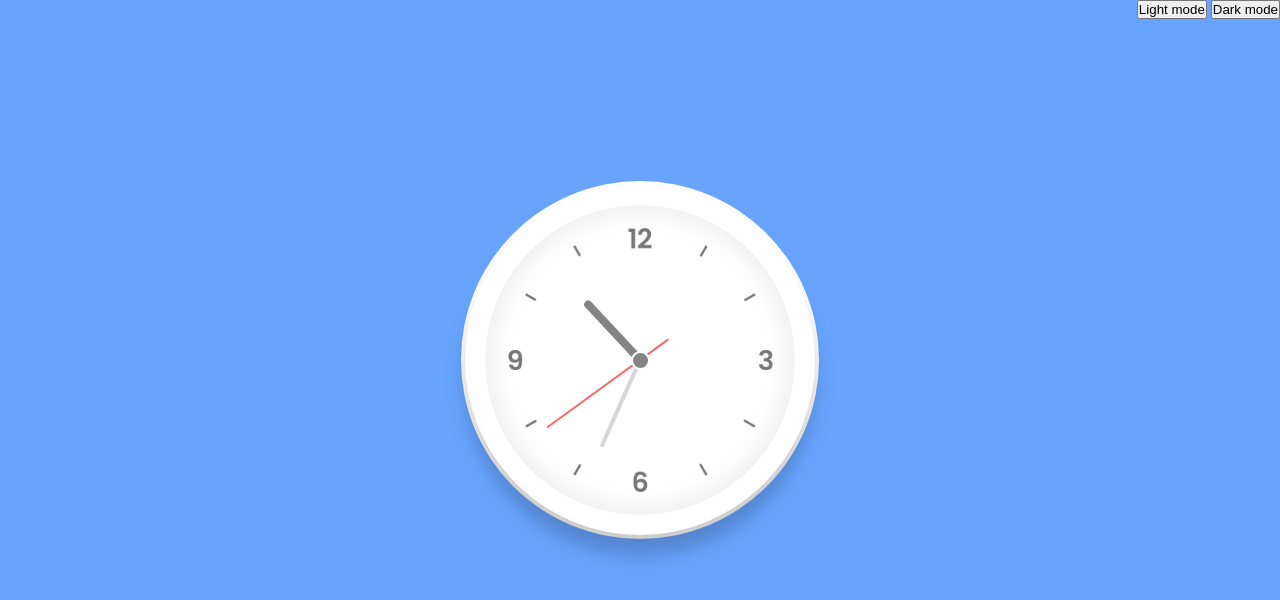
Repository: DaNiels89/analog-clock
Page: index.html
An editor plug-in stored every save of this project. The page is shown before and after the next save, followed by the edit.
The browser window is 1280 px wide. The pictures show the whole page.

Above is the page before, as saved 2020-06-20 12:22:02.

### index.html
<!DOCTYPE html>
<html lang="en">

<head>
    <meta charset="UTF-8">
    <meta name="viewport" content="width=device-width, initial-scale=1.0">
    <title>Analog Clock</title>
    <link rel="stylesheet" id="stylesheet" href="css/lightmode.css">
    <!-- <link rel="stylesheet" href="css/darkmode.css"> -->
</head>

<body>
    <div class="toggle-mode">
        <button class="stylesheet light-mode" onclick="lightMode()">Light mode</button>
        <button class="stylesheet dark-mode hidden" onclick="darkMode()">Dark mode</button>
    </div>
    <div class="clock">
        <div class="hour">
            <div class="hr" id="hr"></div>
        </div>
        <div class="min">
            <div class="mn" id="mn"></div>
        </div>
        <div class="sec">
            <div class="sc" id="sc"></div>
        </div>
    </div>

    <script src="js/main.js"></script>
</body>

</html>

### css/lightmode.css
* {
    margin: 0;
    padding: 0;
    box-sizing: border-box;
  }

  body {
    display: flex;
    justify-content: center;
    align-items: center;
    min-height: 100vh;
    background: #68a4ff
  }

  .toggle-mode {
    position: absolute;
    right: 0;
    top: 0;
  }

  .clock {
    width: 350px;
    height: 350px;
    display: flex;
    justify-content: center;
    align-items: center;
    background: #fff url(../img/clock.png);
    background-size: cover;
    border-radius: 50%;
    border: 20px solid #fff;
    box-shadow: inset 0 0 30px rgba(0,0,0,.1),
                0 20px 20px rgba(0,0,0,.2),
                0 0 0 4px rgba(255,255,255,1);
  }

  .clock::before {
    content: "";
    position: absolute;
    width: 15px;
    height: 15px;
    background: #848484;
    border: 2px solid #fff;
    border-radius: 50%;
    z-index: 10000;
  }

  .clock .hour,
  .clock .min,
  .clock .sec {
    position: absolute;
  }

  .clock .hour, .hr {
    width: 160px;
    height: 160px;
  }

  .clock .min, .mn {
    width: 190px;
    height: 190px;
  }

  .clock .sec, .sc {
    width: 230px;
    height: 230px;
  }

  .hr, .mn, .sc {
    display: flex;
    justify-content: center;
    position: absolute;
    border-radius: 50%;;
  }

  .hr::before {
    content: "";
    position: absolute;
    width: 8px;
    height: 80px;
    background: #848484;
    z-index: 10;
    border-radius: 6px 6px 0 0;
  }

  .mn::before {
    content: "";
    position: absolute;
    width: 4px;
    height: 90px;
    background: #d6d6d6;
    z-index: 11;
    border-radius: 6px 6px 0 0;
  }

  .sc::before {
    content: "";
    position: absolute;
    width: 2px;
    height: 150px;
    background: #ff6767;
    z-index: 12;
    border-radius: 6px 6px 0 0;
  }

### js/main.js
const deg = 6
const hr = document.querySelector("#hr")
const mn = document.querySelector("#mn")
const sc = document.querySelector("#sc")

setInterval(() => {
    let day = new Date()
    let hh = day.getHours() * 30
    let mm = day.getMinutes() * deg
    let ss = day.getSeconds() * deg

    hr.style.transform = `rotateZ(${(hh) + (mm / 12)}deg)`
    mn.style.transform = `rotateZ(${(mm)}deg)`
    sc.style.transform = `rotateZ(${(ss)}deg)`
})

function lightMode() {
    document.getElementById("stylesheet").setAttribute('href', 'css/lightmode.css');
}

function darkMode() {
    document.getElementById("stylesheet").setAttribute('href', 'css/darkmode.css');
}

After the next save:
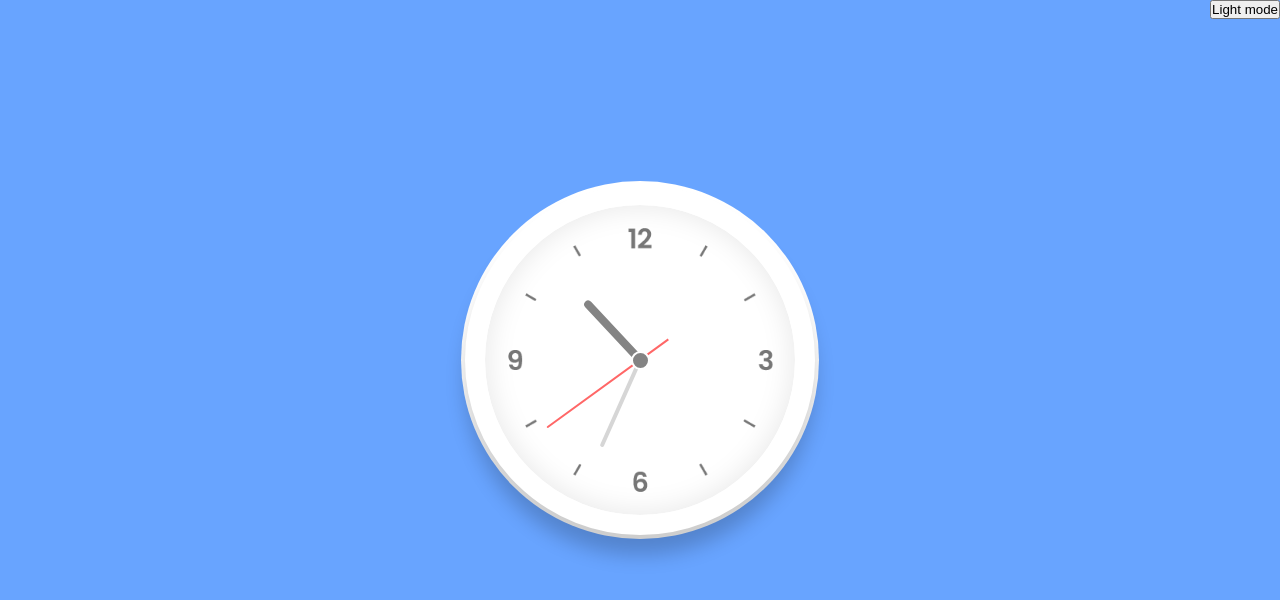
Saved 37 s later.
--- a/css/lightmode.css
+++ b/css/lightmode.css
@@ -10,6 +10,10 @@
     align-items: center;
     min-height: 100vh;
     background: #68a4ff
+  }
+
+  .stylesheet.hidden {
+    display: none;
   }
 
   .toggle-mode {

After the save that followed:
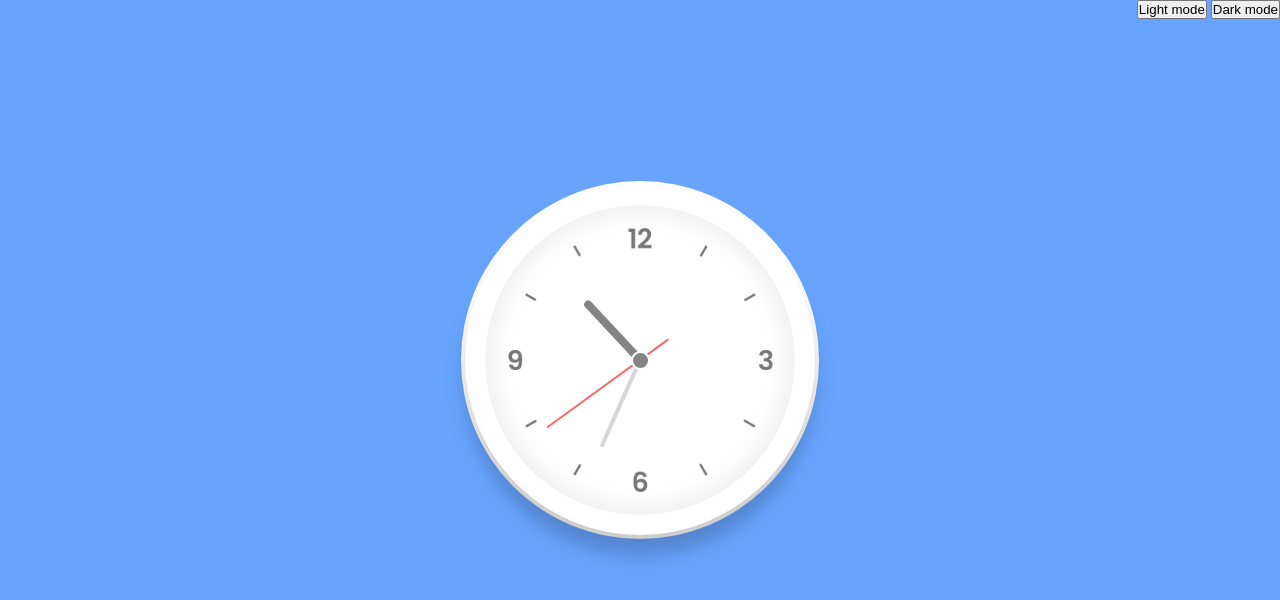
Saved 99 s later.
--- a/css/lightmode.css
+++ b/css/lightmode.css
@@ -12,7 +12,7 @@
     background: #68a4ff
   }
 
-  .stylesheet.hidden {
+  .button.hidden {
     display: none;
   }
 
